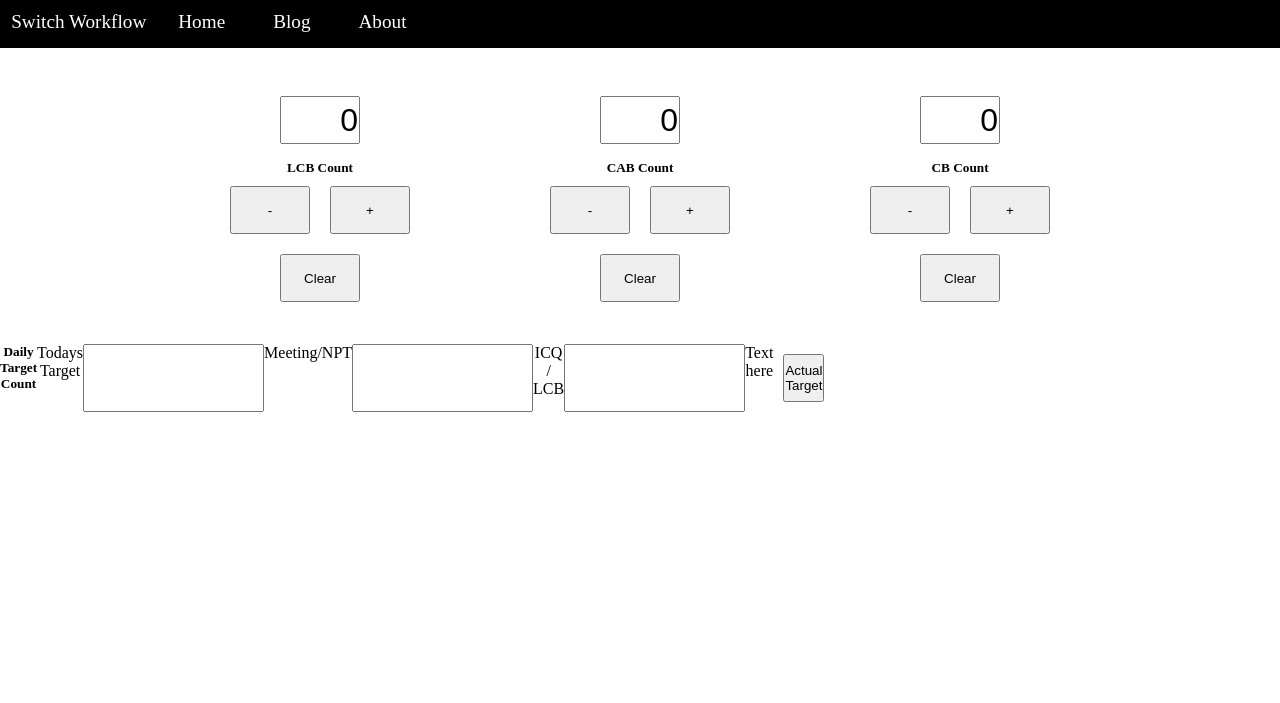
Repository: suraj-yadav7/SwitchWorkflow-Count-reactjs
Page: /
The author's editor kept a copy of each file at every save. The page is drawn from the files as they stood at one save, then again after the next save.
The browser window is 1280 px wide. The pictures show the whole page.
The project was rebuilt for these pictures with package versions that can differ from the ones it lists, and the page was loaded fresh each time.

Above is the page before, as saved 2023-04-18 21:50:54.

### src/App.js
import './App.css';
import DailyTarget from './Components/DailyTarget';
import TitleCount from './Components/TitleCount';

function App() {
  return (
    <>
    <TitleCount />
    <DailyTarget />
    </>
  );
}

export default App;

### src/App.css
*{
  margin: 0;
  padding: 0;
  box-sizing: border-box;
}

button{
  width: 5rem;
  margin: 10px;
  height: 3rem;
}
li,a{
  list-style: none;
}
/* Nav bar */
nav{
  width: 100%;
  height: 3rem;
  display: flex;
  padding: 0.7rem;
  background-color: black;
  color: white;
  font: 400 1.2rem san-serif;
}
nav > ul{
  display: flex;
  gap: 3rem;
  margin-left: 2rem;
}

.container1{
  display:flex ;
  justify-content: center;
  align-items: center;
  gap: 2rem;
  padding: 2rem;
}

.card-body{
  text-align: center;
}

.card >input{
  width: 5rem;
  height: 3rem;
  font-size: 2rem;
  text-align: right;
  margin:1rem  6.5rem;
}

/* Daily Target style */
.textType{
  display: flex;
}

### src/Components/DailyTarget.jsx
import React from 'react'

const DailyTarget = () => {
    return (
        <>
            <div className='dailyTarget'>
                <div class="card" style={{ width: "35rem" }}>
                    <div class="card-body textType">
                        <h5 class="card-title">Daily Target Count</h5>
                        <span>Todays Target</span><input type='text' name="todaysTarget" />
                        <span>Meeting/NPT</span><input type='text' name="npt" />
                        <span>ICQ / LCB</span><input type='text' name="icq" />
                        <span>Text here</span><button >Actual Target</button>
                    </div>
                </div>

            </div>
        </>
    )
}

export default DailyTarget

### src/Components/TitleCount.jsx
import React from 'react'
import { useState, useEffect } from 'react'
const TitleCount = () => {

    const [lcbCount, setLcbCount] = useState(parseInt(localStorage.getItem("lcbKey")) || 0)
    const [cbCount, setcbCount] = useState(parseInt(localStorage.getItem("cbKey")) || 0)
    const [cabCount, setCabCount] = useState(parseInt(localStorage.getItem("cabKey")) || 0)

    useEffect(()=>{
        localStorage.setItem("lcbKey", lcbCount)
        localStorage.setItem("cbKey", cbCount)
        localStorage.setItem("cabKey", cabCount)
    },[lcbCount,cbCount,cabCount])

    return (
        <>
        <nav>
            <span>Switch Workflow</span>
                <ul>
                    <li>Home</li>
                    <li>Blog</li>
                    <li>About</li>
                </ul>
        </nav>
            <div className="container1">
                <div class="card" style={{width: "18rem"}}>
                    <input type='text' name="lcbCount" value={lcbCount}/>
                    <div class="card-body">
                        <h5 class="card-title">LCB Count</h5>
                        <button onClick={()=>setLcbCount(val => (lcbCount>0 ? val-1: 0))}>-</button>
                        <button onClick={()=>setLcbCount(val => val+1)}>+</button>
                        <button onClick={()=>setLcbCount(0)}>Clear</button>
                    </div>
                </div>
                <div class="card" style={{width: "18rem"}}>
                    <input type='text' name="cabCount" value={cabCount}/>
                    <div class="card-body">
                        <h5 class="card-title">CAB Count</h5>
                        <button onClick={()=>setCabCount(val => (cabCount>0 ? val-1: 0))}>-</button>
                        <button onClick={()=>setCabCount(val => val+1)}>+</button>
                        <button onClick={()=>setCabCount(0)}>Clear</button>
                    </div>
                </div>
                <div class="card" style={{width: "18rem"}}>
                    <input type='text' name="cbCount" value={cbCount}/>
                    <div class="card-body">
                        <h5 class="card-title">CB Count</h5>
                        <button onClick={()=>setcbCount(val => (cbCount>0 ? val-1: 0))}>-</button>
                        <button onClick={()=>setcbCount(val => val+1)}>+</button>
                        <button onClick={()=>setcbCount(0)}>Clear</button>
                    </div>
                </div>
            </div>

        </>
    )
}

export default TitleCount

Loaded but not shown: src/index.js (common file)

After the next save:
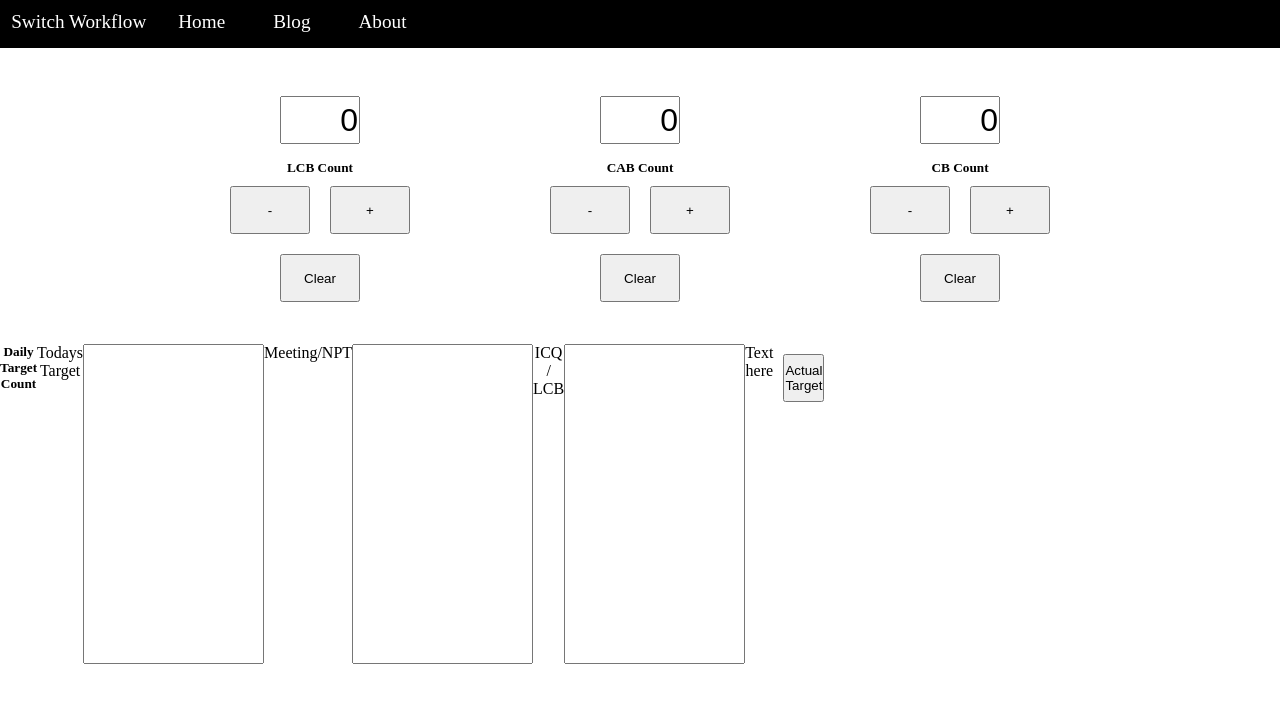
Saved 20 s later.
--- a/src/App.css
+++ b/src/App.css
@@ -50,5 +50,6 @@
 
 /* Daily Target style */
 .textType{
+  height: 20rem;
   display: flex;
 }

After the save that followed:
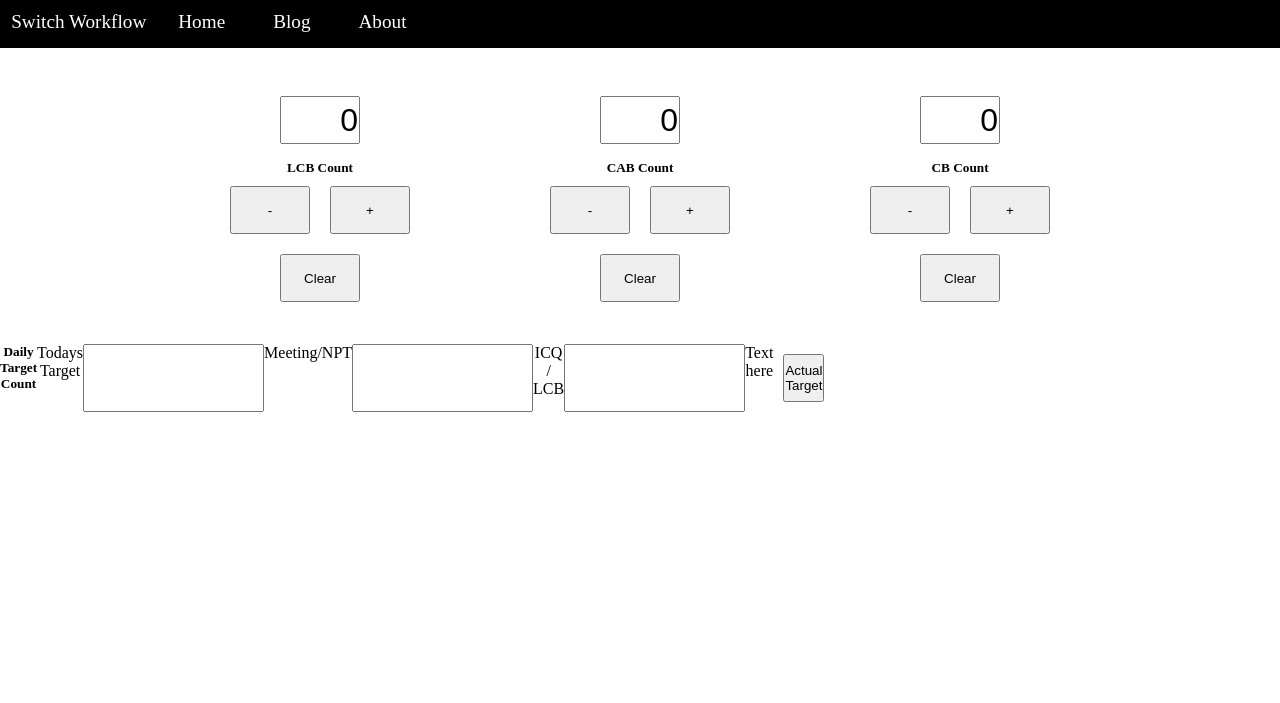
Saved 40 s later.
--- a/src/App.css
+++ b/src/App.css
@@ -49,7 +49,9 @@
 }
 
 /* Daily Target style */
+.dailyTarget{
+  height: 10rem;
+}
 .textType{
-  height: 20rem;
   display: flex;
 }
